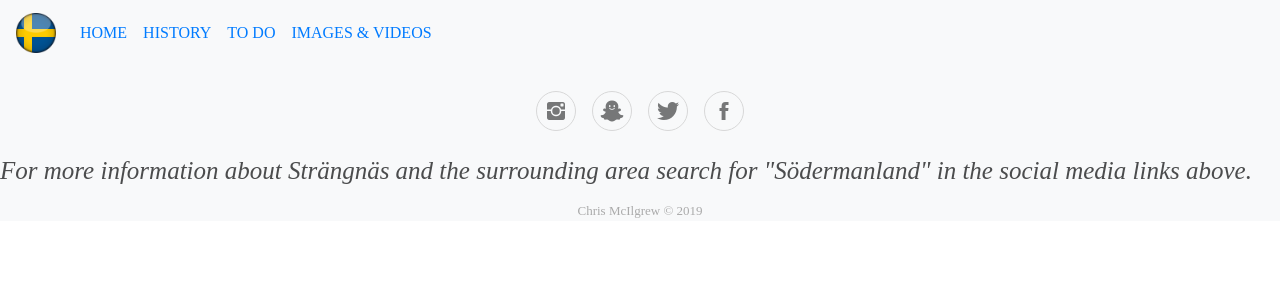
Repository: kososwede/first-project
Page: images+videos.html
The author's editor kept a record of every edit. The page is drawn from the files as they stood at one moment, then again after the next edit.
The browser window is 1280 px wide. The pictures show the whole page.
Some web fonts or font styles are not loaded; a fallback is used.

Above is the page before.

### images+videos.html
<!DOCTYPE html>
<html lang="en">
<head>
  <meta charset="UTF-8">
  <meta name="viewport" content="width=device-width, initial-scale=1.0">
  <meta http-equiv="X-UA-Compatible" content="ie=edge">
  <link rel="stylesheet" href="https://stackpath.bootstrapcdn.com/bootstrap/4.3.1/css/bootstrap.min.css" integrity="sha384-ggOyR0iXCbMQv3Xipma34MD+dH/1fQ784/j6cY/iJTQUOhcWr7x9JvoRxT2MZw1T" crossorigin="anonymous">
  <link rel="stylesheet" href="https://stackpath.bootstrapcdn.com/font-awesome/4.7.0/css/font-awesome.min.css" type="text/css" />
  <link rel="stylesheet" href="https://cdnjs.cloudflare.com/ajax/libs/ionicons/2.0.1/css/ionicons.min.css">
  <link rel="stylesheet" href="https://cdnjs.cloudflare.com/ajax/libs/hover.css/2.3.1/css/hover-min.css" integrity="sha256-c+C87jupO1otD1I5uyxV68WmSLCqtIoNlcHLXtzLCT0=" crossorigin="anonymous" />
  <link rel="stylesheet" href="assets/css/style.css" type="text/css" />
  <title>Welcome To Strängnäs</title>
  <title>Document</title>
</head>

<body>

<!----------------------header-------------------------->

  <!----------nav------->

  <nav class="navbar navbar-expand-lg navbar-light bg-light">
  <a class="navbar-brand" href="index.html"><img class="image-size" src="assets/images/sweden-flag-png-1.png"></img></a>
  <button class="navbar-toggler" type="button" data-toggle="collapse" data-target="#navbarNavAltMarkup" aria-controls="navbarNavAltMarkup" aria-expanded="false" aria-label="Toggle navigation">
    <span class="navbar-toggler-icon"></span>
  </button>
  <div class="collapse navbar-collapse" id="navbarNavAltMarkup">
    <div class="navbar-nav">
      <a class="nav-item nav-link text-primary" href="index.html">HOME<span class="sr-only">(current)</span></a>
      <a class="nav-item nav-link text-primary" href="history.html">HISTORY</a>
      <a class="nav-item nav-link text-primary" href="places.html">TO DO</a>
      <a class="nav-item nav-link text-primary" href="images+videos.html">IMAGES & VIDEOS</a>
    </div>
  </div>
</nav>

<!---------------main------------------------------------>



<!----------------------footer------------------------>
<div class="footer-basic">
        <footer>
            <div class="social"><a href="#"><i class="icon ion-social-instagram"></i></a><a href="#"><i class="icon ion-social-snapchat"></i></a><a href="#"><i class="icon ion-social-twitter"></i></a><a href="#"><i class="icon ion-social-facebook"></i></a></div>
          <h2>For more information about Strängnäs and the surrounding area search for "Södermanland" in the social media links above.</h3>
            <p class="copyright">Chris McIlgrew © 2019</p>
        </footer>
    </div>



  <script src="https://code.jquery.com/jquery-3.3.1.slim.min.js" integrity="sha384-q8i/X+965DzO0rT7abK41JStQIAqVgRVzpbzo5smXKp4YfRvH+8abtTE1Pi6jizo" crossorigin="anonymous"></script>
<script src="https://cdnjs.cloudflare.com/ajax/libs/popper.js/1.14.7/umd/popper.min.js" integrity="sha384-UO2eT0CpHqdSJQ6hJty5KVphtPhzWj9WO1clHTMGa3JDZwrnQq4sF86dIHNDz0W1" crossorigin="anonymous"></script>
<script src="https://stackpath.bootstrapcdn.com/bootstrap/4.3.1/js/bootstrap.min.js" integrity="sha384-JjSmVgyd0p3pXB1rRibZUAYoIIy6OrQ6VrjIEaFf/nJGzIxFDsf4x0xIM+B07jRM" crossorigin="anonymous"></script>
</body>
</html>

### assets/css/style.css
@import url('https://fonts.googleapis.com/css?family=Sniglet&display=swap');
@import url('https://fonts.googleapis.com/css?family=Courgette&display=swap');
body,
html {
 width: 100%;
 height: 100%;
 overflow-x: hidden;
}

body {
 font-family: 'Source Sans Pro';
}



.image-size {
 height: 40px;
}


.masthead {
 min-height: 30rem;
 position: relative;
 display: table;
 width: 100%;
 height: 100%;
 padding-top: 0rem;
 padding-bottom: 0rem;
 background: -webkit-gradient(linear, left top, right top, from(rgba(255, 255, 255, 0.1)), to(rgba(255, 255, 255, 0.1))), url("../images/viewofstrangnas.jpg");
 background: linear-gradient(90deg, rgba(255, 255, 255, 0.1) 0%, rgba(255, 255, 255, 0.1) 100%), url("../images/viewofstrangnas.jpg");
 background-image: url(../images/viewofstrangnas.jpg);
 background-position: center center;
 background-repeat: no-repeat;
 background-size: cover;

}

h1  {
 font-weight: bolder;
 color: #dece0e;
 text-shadow: #000 0px 0px 1px, #000 0px 0px 1px, #000 0px 0px 1px,
 #000 0px 0px 1px, #000 0px 0px 1px, #000 0px 0px 1px;
 font-size: 3rem;

}

h3 {
 color: #fff;
 text-shadow: #000 0px 0px 1px,   #000 0px 0px 1px,   #000 0px 0px 1px,
 #000 0px 0px 1px,   #000 0px 0px 1px,   #000 0px 0px 1px;
}

.footer-basic {
  padding:0px 0;
  background-color:#f8f9fa;
  color:#4b4c4d;
}

.footer-basic ul {
  padding-left: 50px;
  padding-right: 50px;
  list-style:none;
  text-align:center;
  font-size:18px;
  line-height:1.6;
  margin-bottom:0;
}

.footer-basic li {
  padding:0 10px;
}

.footer-basic ul a {
  color:inherit;
  text-decoration:none;
  opacity:0.8;
}

.footer-basic ul a:hover {
  opacity:1;
}

.footer-basic .social {
  text-align:center;
  padding-bottom:25px;
  padding-top: 25px;
}

.footer-basic .social > a {
  font-size:24px;
  width:40px;
  height:40px;
  line-height:40px;
  display:inline-block;
  text-align:center;
  border-radius:50%;
  border:1px solid #ccc;
  margin:0 8px;
  color:inherit;
  opacity:0.75;

}

.footer-basic .social > a:hover {
  opacity:0.9;
}

.footer-basic .copyright {
  margin-top:15px;
  text-align:center;
  font-size:13px;
  color:#aaa;
  margin-bottom:0;
}

.footer-basic h2 {
    font-size: 25px;
    font-style: italic;
}

After the next edit:
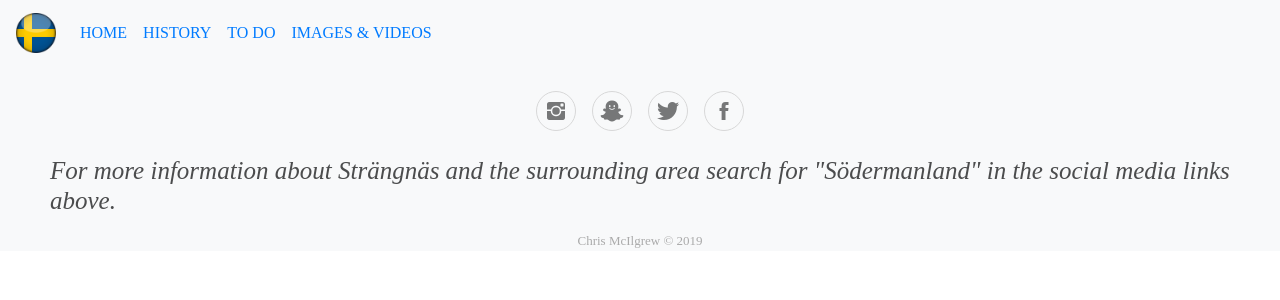
The edit:
--- a/assets/css/style.css
+++ b/assets/css/style.css
@@ -116,4 +116,6 @@
 .footer-basic h2 {
     font-size: 25px;
     font-style: italic;
+    margin-left: 50px;
+    margin-right: 50px;
 }
